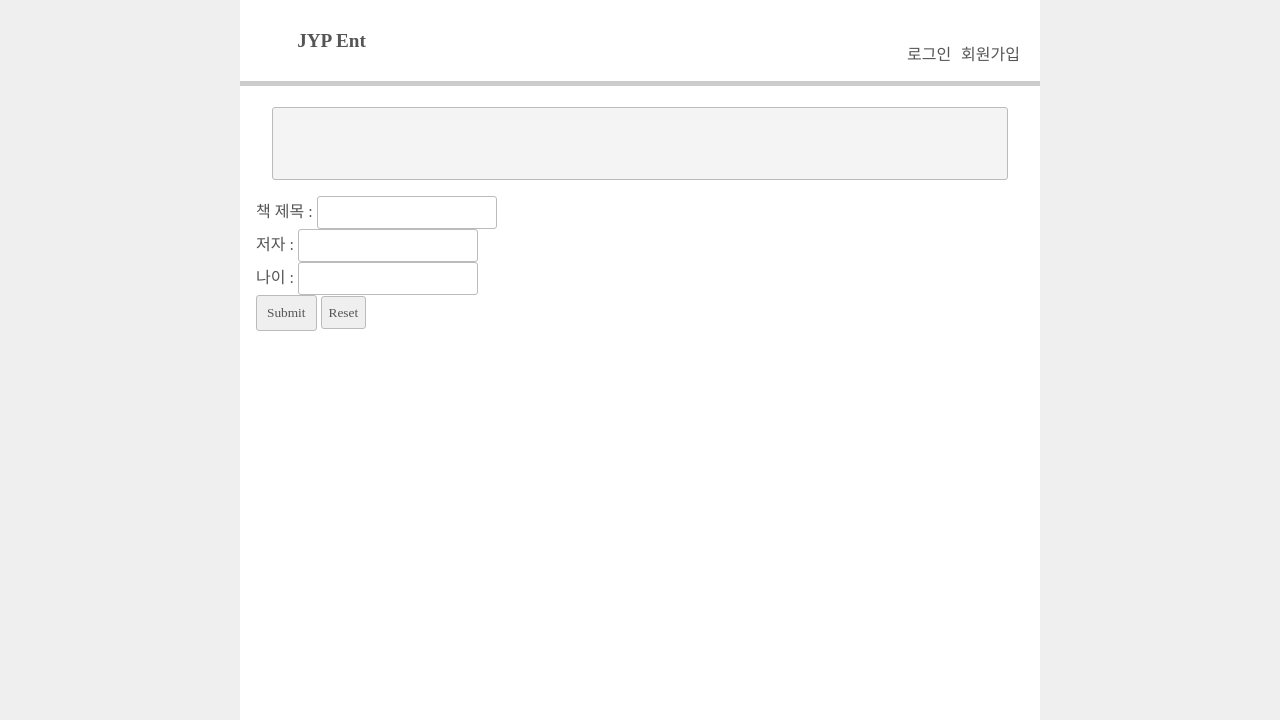
Repository: junyong231/JSP-SSIT
Page: http://localhost/jspPro/days01/ex02.jsp
An editor plug-in stored every save of this project. The page is shown before and after the next save, followed by the edit.
The browser window is 1280 px wide. The pictures show the whole page.
Some web fonts or font styles are not loaded; a fallback is used. The page is served by Tomcat 9. Nobody is signed in. The application's start-up code is not run. Other server files are loaded and not shown.

Above is the page before, as saved 2024-10-15 04:55:48.

### jspPro/src/main/webapp/days01/ex02.jsp
<%@ page contentType="text/html; charset=UTF-8" pageEncoding="UTF-8"%>
<!DOCTYPE html>
<html>
<head>
<meta charset="UTF-8">
<title>Insert title here</title>
<link rel="shortcut icon" type="image/x-icon" href="http://localhost/jspPro/images/SiSt.ico">
<script src="https://ajax.googleapis.com/ajax/libs/jquery/3.7.1/jquery.min.js"></script>
<meta name="viewport" content="width=device-width, initial-scale=1.0">
<meta name="google" content="notranslate">
<link rel="stylesheet" href="http://localhost/jspPro/resources/cdn-main/example.css">
<script src="http://localhost/jspPro/resources/cdn-main/example.js"></script>
<style>
 span.material-symbols-outlined{
    vertical-align: text-bottom;
 }
</style>
</head>
<body>
<header>
  <h1 class="main"><a href="#" style="position: absolute;top:30px;">JYP Ent</a></h1>
  <ul>
    <li><a href="#">로그인</a></li>
    <li><a href="#">회원가입</a></li>
  </ul>
</header>
<div>
  <xmp class="code">

  </xmp>

  <form action="ex02_el_ok.jsp">
  책 제목 : <input type="text" id="title" name="title" autofocus> <br>
  저자 : <input type="text" id="author" name="author"> <br> <!-- name 있어야됨 -->
  <!-- <button type="button">submit</button> -->
  나이 : <input type="text" id="age" name="age"> <br>
  <input type="submit">
  <input type="reset">

  </form>

</div>
<script>

</script>
</body>
</html>

### jspPro/src/main/webapp/resources/cdn-main/example.css
@charset "UTF-8";

@import url('https://fonts.googleapis.com/css2?family=Material+Symbols+Outlined:opsz,wght,FILL,GRAD@20..48,100..700,0..1,-50..200');

@font-face {
    font-family: 'GmarketSansMedium';
    src: url('https://cdn.jsdelivr.net/gh/projectnoonnu/noonfonts_2001@1.1/GmarketSansMedium.woff') format('woff');
    font-weight: normal;
    font-style: normal;
}

:root {
	--text-color: #555;
	--sub-text-color: #777;
	--back-color: #EFEFEF;
	--header-color: #444;
	--primary-color: #DEDEDE;
	--secondary-color: #EFEFEF;
	--default-width: 800px;
	--narrow-width: 500px;
	--wide-width: 1200px;
	--text-font: 'GmarketSansMedium';
	--icon-font: 'Material Symbols Outlined';
	--border-color: #CCC;
}

html, body {
	margin: 0;
	padding: 0;
}

html {
	background-color: var(--back-color);
	display: flex;
	justify-content: center;
	min-height: 100vh;
}

body, body.default {
	width: var(--default-width);
	background-color: white;
	padding-bottom: 120px;
}

body.wide {
	width: var(--wide-width);
}

body.narrow {
	width: var(--narrow-width);
}



body, p, div, span, a, input, select, option, textarea, button, table, th, td, label, fieldset, legend {
	font-family: var(--text-font);
	color: var(--text-color);
}

h1, h2, h3 {
	font-family: var(--text-font);
	color: var(--header-color);
	padding: 0 1rem;
	padding-top: .5rem;
}

div > h1, div > h2, div > h3 {
	padding: 0;
}

body > div, body > main > div {
	padding: 0.3rem 1rem;
}


h1 { font-size: 2rem; border-bottom: 1px solid var(--border-color); }
h1 small { font-size: 1.2rem; color: var(--sub-text-color); }
h2 { font-size: 1.5rem; border-bottom: 1px dashed var(--border-color); }
h2 small { font-size: 1.1rem; color: --sub-text-color; }
h3 { font-size: 1.2rem; }
h3 small { font-size: 1rem; color: --sub-text-color; }



h1.main::before {
	font-family: var(--icon-font);
  	content: '\e666';
  	margin-right: 10px;
  	float: left;
	font-size: 2.5rem;
}

h1.sub::before {
	font-family: var(--icon-font);
  	content: '\ea19';
  	margin-right: 10px;
  	float: left;
	font-size: 2.5rem;
}


h1.page::before {
	font-family: var(--icon-font);
  	content: '\e0e0';
  	margin-right: 10px;
  	float: left;
	font-size: 2.5rem;
}

body > header > ul > li > .active{
	background-color: #FFF;
	color:#F00;
}

body > header {
	display: flex;
	justify-content: space-between;
	border-bottom: 5px solid var(--border-color);
	min-height: 74px;
	background-color: #FFF;
}

body > header.sticky {
	position: sticky;
	top: 0;
	z-index: 98;
}

body > header > h1 {
	font-size: 1.2rem;
	border: 0;
}

body > header.in > h1::before {
	font-family: var(--icon-font);
  	content: '\e332‥';
  	margin-right: 3px;
  	float: left;
	font-size: 2rem;
}


body > header > ul {
	list-style-type: none;
	display: flex;
	align-items: flex-end;
	margin-right: 10px;
}

body > header > ul > li {
	margin-right: 10px;
	cursor: pointer;
}

body > header > ul > li > a {
	cursor: pointer;
}


form {
	display: block;
}

form > div {
	padding: 0.3rem 1rem;
}

div > form > div {
	padding: 0.3rem 0;
}

input, textarea, button, select {
	border: 1px solid #BBB;
	border-radius: 3px;
	outline: none;
	resize: none;
	padding: 7px;
	margin: 0;
}

input[type=text]:read-only, textarea:read-only {
	cursor: not-allowed;
	background-color: #FFF;
}

input[type=text]:disabled, textarea:disabled {
	cursor: not-allowed;
	background-color: #EEE;
}

input[type=text], input[type=password], textarea, button, select {
	/* width: 300px; */
}

textarea {
	display: block;
	height: 100px;
}

input[type=button], input[type=submit], button {
	/* width: inherit; */
}

input.short, textarea.short, button.short, select.short {
	width: 100px;
}

input.long, textarea.long, button.long, select.long {
	width: 350px;
}

.narrow input.long, .narrow textarea.long, .narrow button.long, .narrow select.long {
	width: calc(100% - 20px);
}

input.full, textarea.full, button.full, select.full {
	width: calc(100% - 20px);
}

textarea.short {
	height: 50px;
}

textarea.long {
	height: 100px;
}

textarea.full {
	height: 200px;
}

input, textarea {
	padding-top: 8px;
}

input[type=button], input[type=submit], button {
	padding: 5px 10px;
	background-color: var(--secondary-color);
	cursor: pointer;
	min-height: 36px;
}

input[type=button].primary, input[type=submit].primary, button.primary {
	/* background-color: rgba(100, 149, 237, .2); */
	background-color: var(--primary-color);
}

input[type=button].primary:hover, input[type=submit].primary:hover, button.primary:hover {
	/* background-color: rgba(100, 149, 237, .3); */
	background-color: var(--secondary-color);
}

input[type=button]:hover, input[type=submit]:hover, button:hover {
	background-color: var(--primary-color);
}

button {
	position: relative;
	left: 0;
	top: 0;
	padding-left: 35px;
}

button .material-symbols-outlined {
	position: absolute;
	left: 10px;
	top: 4px;
}

/* k2nik add */
button.login::before {
	font-family: var(--icon-font);
  	content: '\ea77';
	position: absolute;
	left: 11px;
	top: 4px;
	font-size: 1.25rem;
}

/* k2nik logout */
button.logout::before {
	font-family: var(--icon-font);
  	content: '\e9ba';
	position: absolute;
	left: 11px;
	top: 4px;
	font-size: 1.25rem;
}

/* k2nik help */
button.help::before {
	font-family: var(--icon-font);
  	content: '\f1c0';
	position: absolute;
	left: 11px;
	top: 4px;
	font-size: 1.25rem;
}

button.add::before{
	font-family: var(--icon-font);
  	content: '\e746';
	position: absolute;
	left: 11px;
	top: 4px;
	font-size: 1.25rem;
}

button.back::before {
	font-family: var(--icon-font);
  	content: '\e166';
	position: absolute;
	left: 11px;
	top: 4px;
	font-size: 1.25rem;
}

button.list::before {
	font-family: var(--icon-font);
  	content: '\e0ee';
	position: absolute;
	left: 11px;
	top: 4px;
	font-size: 1.25rem;
}


button.del::before {
	font-family: var(--icon-font);
  	content: '\e872';
	position: absolute;
	left: 11px;
	top: 4px;
	font-size: 1.25rem;
}


button.edit::before {
	font-family: var(--icon-font);
  	content: '\e745';
	position: absolute;
	left: 11px;
	top: 4px;
	font-size: 1.25rem;
}


button.login::before {
	font-family: var(--icon-font);
  	content: '\ea77';
	position: absolute;
	left: 11px;
	top: 4px;
	font-size: 1.25rem;
}


button.logout::before {
	font-family: var(--icon-font);
  	content: '\e9ba';
	position: absolute;
	left: 11px;
	top: 4px;
	font-size: 1.25rem;
}


button.in::before {
	font-family: var(--icon-font);
  	content: '\f71a';
	position: absolute;
	left: 11px;
	top: 4px;
	font-size: 1.25rem;
}


button.out::before {
	font-family: var(--icon-font);
  	content: '\f70e';
	position: absolute;
	left: 11px;
	top: 4px;
	font-size: 1.25rem;
}


button.reply::before {
	font-family: var(--icon-font);
  	content: '\e15e';
	position: absolute;
	left: 11px;
	top: 4px;
	font-size: 1.25rem;
}


button.comment::before {
	font-family: var(--icon-font);
  	content: '\e0b9';
	position: absolute;
	left: 11px;
	top: 4px;
	font-size: 1.25rem;
}


button.modal::before {
	font-family: var(--icon-font);
  	content: '\e89e';
	position: absolute;
	left: 11px;
	top: 4px;
	font-size: 1.25rem;
}


button.ok::before {
	font-family: var(--icon-font);
  	content: '\e86c';
	position: absolute;
	left: 11px;
	top: 4px;
	font-size: 1.25rem;
}


button.cancel::before {
	font-family: var(--icon-font);
  	content: '\e5c9';
	position: absolute;
	left: 11px;
	top: 4px;
	font-size: 1.25rem;
}

button.search::before {
	font-family: var(--icon-font);
  	content: '\e8b6';
	position: absolute;
	left: 11px;
	top: 4px;
	font-size: 1.25rem;
}

button.home::before {
	font-family: var(--icon-font);
  	content: '\e88a';
	position: absolute;
	left: 11px;
	top: 4px;
	font-size: 1.25rem;
}


button.sidebar::before {
	font-family: var(--icon-font);
  	content: '\f7e4';
	position: absolute;
	left: 11px;
	top: 4px;
	font-size: 1.25rem;
}


button.sidebar-right::before {
	font-family: var(--icon-font);
  	content: '\f7e5';
	position: absolute;
	left: 11px;
	top: 4px;
	font-size: 1.25rem;
}




button::before {
	font-family: var(--icon-font);
  	content: '\e323';
	position: absolute;
	left: 11px;
	top: 4px;
	font-size: 1.25rem;
}


table {
	border-collapse: collapse;
	margin: 1rem;
	box-sizing: border-box;
	width: calc(100% - 32px);
}

table.content {
	width: auto;
}

div > table {
	margin: 0;
}

table th, table td {
	border: 1px solid var(--border-color);
	padding: 7px;
	font-weight: normal;
}

table th {
	background-color: var(--back-color);
}

table.vertical th {
	width: 150px;
}

table.vertical td {
	width: calc(100% - 182px);
	padding-left: 10px;
}

table.content td, table.content th {
	width: auto;
}

body.narrow table.vertical th {
	width: 100px;
}

body.narrow table.vertical td {
	width: calc(100% - 182px);
}


table + table {
	margin-top: 30px;
}


p {
	padding: 0 1rem;
}

a {
	text-decoration: none;
}

a:hover {
	color: rgba(255, 99, 71, .7);
}

hr {
	border: 0;
	border-top: 1px solid var(--border-color);
	margin: 2rem 0;
}

.message {
	border: 1px solid var(--border-color);
	background-color: #EFEFEF;
	margin: 1rem;
	width: auto;
	padding-top: 10px;
	padding-bottom: 10px;
	font-size: 14px;
}

.message[title]::before {
	content: attr(title);
	display: block;
	border-bottom: 1px solid var(--border-color);
	padding-bottom: 5px;
	margin-bottom: 10px;
	margin-top: 7px;
}

.message.short {
	max-width: 250px;
}

.message.long {
	max-width: 500px;
}

.badge {
	float: right;
	font-size: .8rem;
	margin-top: 2px;
	margin-right: 2px;
	text-shadow: 0 0 7px gray;
}

.badge.left {
	float: none;
	margin-left: 2px;
}

.badge.right {
	float: right;
}

.badge.red {
	border-radius: 50%;
	padding: 2px 5px;
	background-color: rgb(255, 99, 71, .3);
}

.badge.yellow {

	border-radius: 50%;
	padding: 2px 5px;
	background-color: rgb(255, 215, 0, .5);
}

.badge.blue {
	border-radius: 50%;
	padding: 2px 5px;
	background-color: rgb(100, 149, 237, .3);
}

label + label {
	margin-left: 7px;
}

label input[type=checkbox], label input[type=radio] {
	transform: translate(0, 1px);
}

.group {
	display: flex;
}

.modal-content .group {
	margin-bottom: .5rem;
}

.group label {
	border: 1px solid #BBB;
	border-radius: 3px;
	outline: none;
	resize: none;
	padding: 7px 14px;
	margin: 0;
	border-top-right-radius: 0;
	border-bottom-right-radius: 0;
	background-color: #EFEFEF;
	white-space: nowrap;
	font-size: 14px;
}

.group input[type=text] {
	margin-left: -1px;
	border-top-left-radius: 0;
	border-bottom-left-radius: 0;
}

.group select {
	margin-left: -1px;
	border-top-left-radius: 0;
	border-bottom-left-radius: 0;
}

.group input.full[type=text] {
	margin-left: -1px;
	border-top-left-radius: 0;
	border-bottom-left-radius: 0;
	width: 100%;
}

.group input[type=button]:first-child, .group button:first-child {
	border-top-left-radius: 3px;
	border-bottom-left-radius: 3px;
	margin-left: 0px;
}

.group input[type=button], .group button {
	border-radius: 0;
	margin-left: -1px;
}

.group input[type=button]:last-child, .group button:last-child {
	margin-left: -1px;
	border-top-right-radius: 3px;
	border-bottom-right-radius: 3px;
}

.seperate {
	display: flex;
	justify-content: space-between;
}

div.list {
	width: max-content;
	margin: 1rem;
	border: 1px solid #BBB;
	border-radius: 3px;
	padding: 0;
}

div.list.full {
	width: auto;
	display: block;
	margin: 1rem;
	border: 1px solid #BBB;
	border-radius: 3px;
	padding: 0;
}

div.list > div {
	padding: .5rem 1rem;
	margin: 0;
	border-bottom: 1px solid #BBB;
}

div.list > div:last-child {
	border-bottom: 0;
}

pre.code , xmp.code{
	font-family: consols;
	background-color: rgba(150, 150, 150, .1);
	border: 1px solid #BBB;
	border-radius: 3px;
	padding: .5rem 1rem;
	padding-bottom: .6rem;
	margin: 1rem;
}




*[data-modal-window] {
	position: fixed;
	background-color: rgba(0, 0, 0, .3);
	left: 0;
	top: 0;
	display: none;
	justify-content: center;
	align-items: flex-start;
	width: 100%;
	min-height: 100vh;
	z-index: 100;
	opacity: 0;
	transition: 500ms all;
}

*[data-modal-window] .modal-container {
	border-radius: 5px;
	padding: 1rem;
	padding-bottom: .5rem;
	margin-top: -500px;
	opacity: 0;
	width: 500px;
	background-color: #FFF;
	margin-right: 2rem;
	transition: 500ms all;
}

*[data-modal-size=content] .modal-container {
	width: auto;
}

*[data-modal-size=narrow] .modal-container {
	width: 300px;
}

*[data-modal-size=wide] .modal-container {
	width: 760px;
}


*[data-modal-window] .modal-header {
	border-bottom: 1px solid var(--border-color);
	padding: 2px 5px;
}

*[data-modal-window] .modal-content {
	padding: 1rem 5px;
}

*[data-modal-window] .modal-content div:last-child {
	margin-top: 1rem;
	text-align: right;
}



*[data-sidebar-window] {
	position: fixed;
	background-color: #FFF;
	left: 0;
	top: 0;
	display: block;
	width: 300px;
	border-right: 1px solid var(--border-color);
	box-sizing: border-box;
	box-shadow: 0 0 3px var(--back-color);
	min-height: 100vh;
	z-index: 99;
	transform: translate(-300px, 0);
	transition-duration: 500ms;
	transition-property: transform;
}

*[data-sidebar-direction=right] {
	left: auto;
	right: 0;
	transform: translate(300px, 0);
	border-left: 1px solid var(--border-color);
}

*[data-sidebar-size=wide] {
	width: 500px;
	transform: translate(-500px, 0);
}

*[data-sidebar-window] .sidebar-title {
	border-bottom: 1px solid var(--border-color);
	margin-top: 20px;
	margin-bottom: 20px;
	padding-bottom: 5px;
	display: flex;
	justify-content: space-between;
}

*[data-sidebar-window] .sidebar-title span:last-child {
	cursor: pointer;
}


/* K2Nik pagination */
.center {
  text-align: center;
}

.pagination {
  display: inline-block;
}

.pagination a {
  color: black;
  float: left;
  padding: 3px 6px;
  text-decoration: none;
  transition: background-color .3s;
  border: 1px solid #ddd;
  margin: 0 3px;
}

.pagination a.active {
  background-color: #4CAF50;
  color: white;
  border: 1px solid #4CAF50;
}

.pagination a:hover:not(.active) {background-color: #ddd;}

### jspPro/src/main/webapp/resources/cdn-main/example.js

window.onload = () => {

    const list = document.querySelectorAll('input, textarea');

    list.forEach(item => {
        item.setAttribute('autocomplete', 'off');
    });


    const modal_btn_list = document.querySelectorAll('*[data-modal-button]');

    modal_btn_list.forEach(item => {
        item.onclick = function() {

            const name = this.dataset['modalButton'];
            const modal_window = document.querySelector('*[data-modal-window=' + name);

            const container = document.createElement('div');
            container.className = 'modal-container';



            const modal_header = document.createElement('div');
            modal_header.textContent = modal_window.dataset['modalTitle'];
            modal_header.className = 'modal-header';
            container.appendChild(modal_header);

            const modal_content = document.createElement('div');
            modal_content.className = 'modal-content';
            container.appendChild(modal_content);

            Array.from(modal_window.childNodes).forEach(item => {
                modal_content.appendChild(item);
            });

            modal_window.appendChild(container);

            modal_window.style.display = 'flex';

            setTimeout(() => {
                modal_window.style.opacity = 1;
                container.style.marginTop = '20px';
                container.style.opacity = 1;
            }, 50);


            const modal_ok = document.querySelector('*[data-modal-ok=' + name);
            modal_ok.addEventListener('click', function() {
                modal_window.style.opacity = 0;
                container.style.marginTop = '-500px';
                container.style.opacity = 0;

                setTimeout(() => {
                    modal_window.innerHTML = modal_content.innerHTML;
                    modal_window.style.display = 'none';
                }, 500);

            });

            const modal_cancel = document.querySelector('*[data-modal-cancel=' + name);
            modal_cancel.addEventListener('click', function() {

                modal_window.style.opacity = 0;
                container.style.marginTop = '-500px';
                container.style.opacity = 0;

                setTimeout(() => {
                    modal_window.innerHTML = modal_content.innerHTML;
                    modal_window.style.display = 'none';
                }, 500);
            });


        };
    });


    const sidebar_btn_list = document.querySelectorAll('*[data-sidebar-button]');

    sidebar_btn_list.forEach(item => {
        item.onclick = function() {



            const name = this.dataset['sidebarButton'];
            const sidebar_window = document.querySelector('*[data-sidebar-window=' + name);

            if (sidebar_window.style.transform == 'translate(0px, 0px)') return;



            sidebar_window.style.transform = 'translate(0, 0)';

            const sidebar_title = document.createElement('div');
            sidebar_title.className = 'sidebar-title';
            sidebar_title.innerHTML = '<span>' + sidebar_window.dataset['sidebarTitle'] + '</span><span class="material-symbols-outlined">close</span>';

            sidebar_title.children[1].onclick = function() {

                let sign = 1;
                let distance = 300;

                if (sidebar_window.dataset['sidebarDirection'] != 'right') {
                    sign = -1;
                } else {
                    sign = 1;
                }

                if (sidebar_window.dataset['sidebarSize'] != 'wide') {
                    distance = 300;
                } else {
                    distance = 500;
                }

                distance *= sign;

                sidebar_window.style.transform = 'translate(' + distance + 'px, 0)';

                setTimeout(function() {
                    sidebar_window.removeChild(sidebar_window.children[0]);
                }, 500);
            };


            sidebar_window.prepend(sidebar_title);

        }
    });

};

// window.onkeydown = function(event) {

//     if (event.keyCode == 27) {
//         if (document.querySelector('[data-modal-window').style.display == 'flex') {
//             document.querySelector('[data-modal-window').style.display = 'none';
//         }
//     }

// };

After the next save:
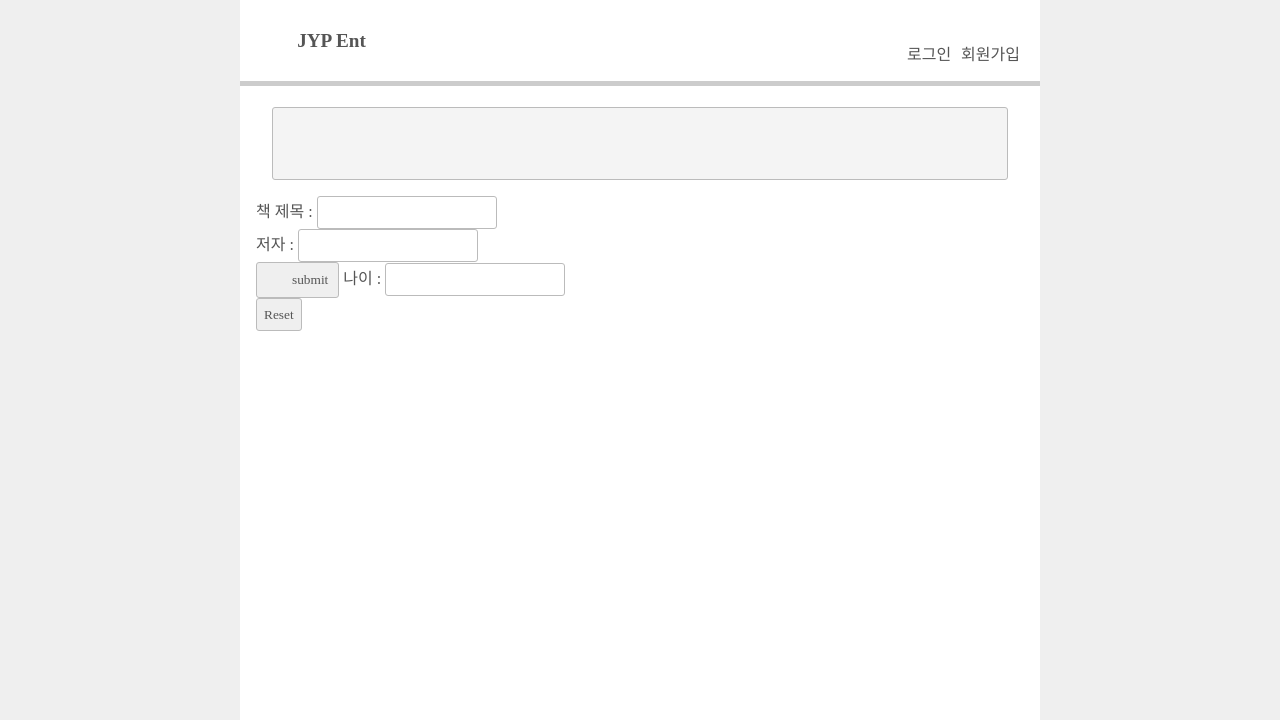
Saved 6 min 41 s later.
--- a/jspPro/src/main/webapp/days01/ex02.jsp
+++ b/jspPro/src/main/webapp/days01/ex02.jsp
@@ -32,9 +32,9 @@
   <form action="ex02_el_ok.jsp">
   책 제목 : <input type="text" id="title" name="title" autofocus> <br>
   저자 : <input type="text" id="author" name="author"> <br> <!-- name 있어야됨 -->
-  <!-- <button type="button">submit</button> -->
+  <button type="button">submit</button>
   나이 : <input type="text" id="age" name="age"> <br>
-  <input type="submit">
+  <!-- <input type="submit"> -->
   <input type="reset">
 
   </form>
